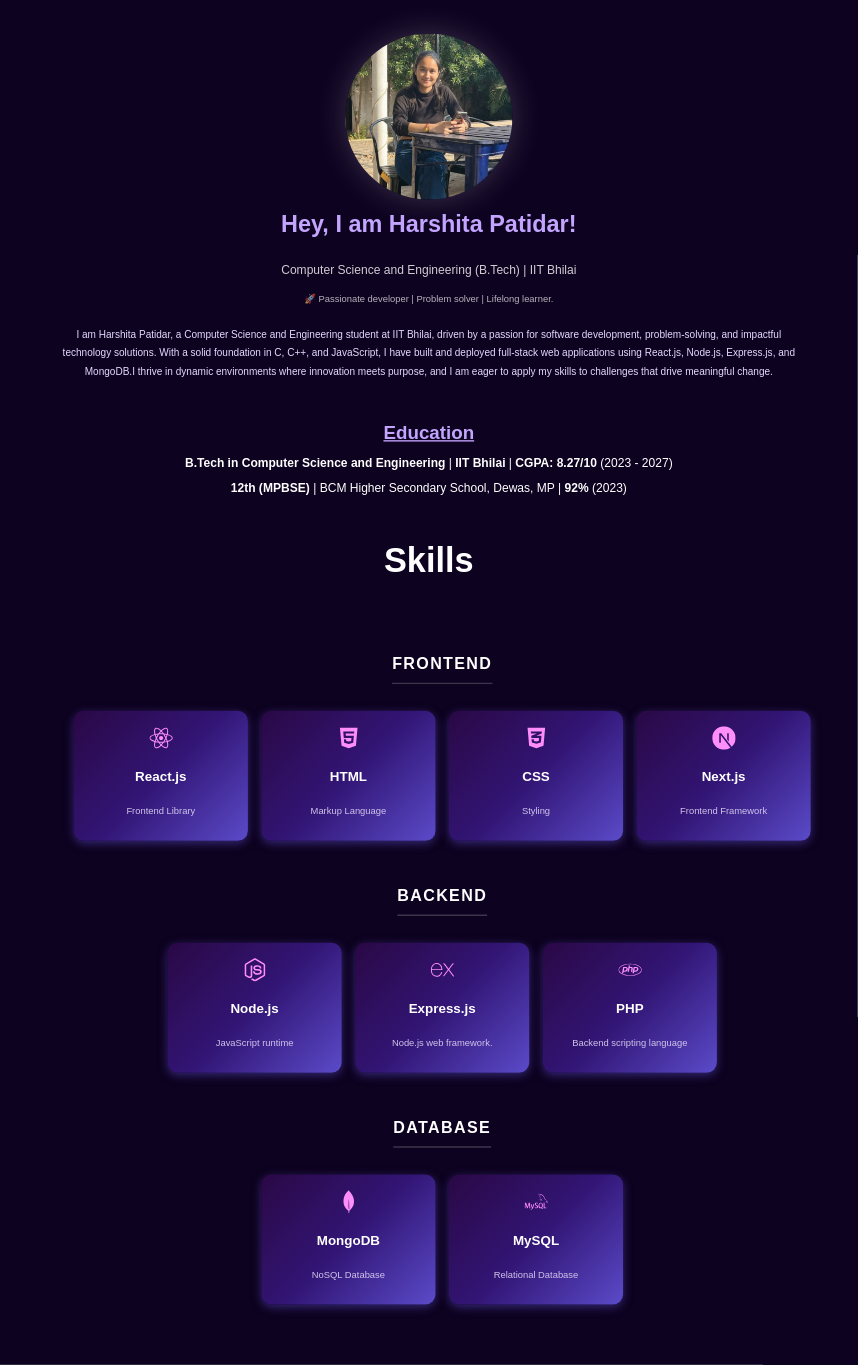
Repository: harshitap1305/Portfolio
Page: /
The author's editor kept a copy of each file at every save. The page is drawn from the files as they stood at one save, then again after a run of saves.
The browser window is 1280 px wide. The pictures show the whole page, at 67% of full size.
The project was rebuilt for these pictures with package versions that can differ from the ones it lists, and the page was loaded fresh each time. Also part of the build but not shown: vite.config.js.

Above is the page before, as saved 2025-03-27 19:21:54.

### index.html
<!doctype html>
<html lang="en">
  <head>
    <meta charset="UTF-8" />

    <meta name="viewport" content="width=device-width, initial-scale=1.0" />
    <title>Harshita's Portfolio</title>
  </head>
  <body>
    <div id="root"></div>
    <script type="module" src="/src/main.jsx"></script>
  </body>
</html>

### src/App.jsx
import Home from './Home.jsx'

function App() {


  return (
    <>
      <Home/>
    </>
  )
}

export default App

### src/Home.jsx
import React from 'react';
import harshita from './assets/harshita.png';
import './App.css';
import { FaReact, FaHtml5, FaCss3Alt,FaNodeJs, FaPhp } from "react-icons/fa";
import { SiNextdotjs, SiExpress,SiMysql,SiMongodb } from "react-icons/si";
import Cards from './Cards';
const skillsData=[
    {
        category: "Frontend",
        skills: [
          { name: "React.js", description: "Frontend Library", icon: <FaReact/> },
          { name: "HTML", description: "Markup Language", icon: <FaHtml5 /> },
          { name: "CSS", description: "Styling", icon: <FaCss3Alt /> },
          { name: "Next.js", description: "Frontend Framework", icon: <SiNextdotjs /> }
        ]
      },
      {
        category: "Backend",
        skills: [
          { name: "Node.js", description: " JavaScript runtime", icon: <FaNodeJs /> },
          { name: "Express.js", description: "Node.js web framework.", icon: <SiExpress /> },
          { name: "PHP", description: "Backend scripting language", icon: <FaPhp /> }
        ]
      },
      {
        category: "Database",
        skills: [
          { name: "MongoDB", description: "NoSQL Database", icon: <SiMongodb/> },
          { name: "MySQL", description: "Relational Database", icon: <SiMysql /> },

        ]
      }
]
const Home = () => {
  return (
    <>
      <img src={harshita} alt="Harshita Patidar" className="harshita" />
      <h2 className="name">Hey, I am Harshita Patidar!</h2>
      <p className="tagline">Computer Science and Engineering (B.Tech) | IIT Bhilai</p>
      <p className="subtext">
      🚀 Passionate developer | Problem solver | Lifelong learner.
      </p>
      <p className='intro'>I am Harshita Patidar, a Computer Science and Engineering student at IIT Bhilai, driven by a passion for software development, problem-solving, and impactful technology solutions. With a solid foundation in C, C++, and JavaScript, I have built and deployed full-stack web applications using React.js, Node.js, Express.js, and MongoDB.I thrive in dynamic environments where innovation meets purpose, and I am eager to apply my skills to challenges that drive meaningful change.</p>
      <div className="education-container">
        <h1 className="education-heading">Education</h1>
        <ul className="education-list">
          <li>
            <span className="edu-degree">B.Tech in Computer Science and Engineering</span> | <b>IIT Bhilai</b> | <b>CGPA: 8.27/10</b> (2023 - 2027)
          </li>
          <li>
            <span className="edu-degree">12th (MPBSE)</span> | BCM Higher Secondary School, Dewas, MP | <b>92%</b> (2023)
          </li>
        </ul>

      </div>
      <h1 className="skills-heading">Skills</h1>
      <div className="skills-container">
        {skillsData.map((section, index) => (
          <div key={index} className="skill-section">
            <h3 className="skill-category">{section.category}</h3>
            <div className="skill-grid">
              {section.skills.map((skill, i) => (
                <Cards key={i} icon={skill.icon} name={skill.name} description={skill.description} />
              ))}
            </div>
          </div>
        ))}
      </div>
    </>
  );
};

export default Home;

### src/App.css
/* Background */
body {
  background-color: #0d021f;
  color: white;
  font-family: 'Poppins', sans-serif;
  text-align: center;
  justify-content: center;
  display: flex;
}

/* Image Styling */
.harshita {
  width: 250px;
  border-radius: 50%;
  display: block;
  margin: 50px auto 10px;
  box-shadow: 0px 0px 50px rgba(255, 255, 255, 0.2);
}

/* Name Styling */
.name {
  font-size: 35px;
  font-weight: bold;
  margin-top: 10px;
  color: #c3a5ff; /* Light purple */
}

/* Tagline Styling */
.tagline {
  font-size: 18px;
  margin-top: 5px;
  opacity: 0.8;
}


/* Subtext */
.subtext {
  font-size: 14px;
  margin-top: 5px;
  opacity: 0.7;
}
/* Intro Box */
.intro {
  font-size: 15px;
  line-height: 1.8;
  max-width: 1100px;
  text-align: center;
  margin-top: 20px;
  color: #e5dbff;
  padding: 10px 20px;

}

/* Highlights in Text */
.intro span {
  color: #8a4bff;
  font-weight: bold;
}
/* Education Section */
.education-container {
  margin-top: 20px;
  padding: 15px;
  text-align: left;
  max-width: 100%;
  justify-content: center;
  text-align: center;
}

.education-heading {
  font-size: 28px;
  font-weight: bold;
  color: #c3a5ff;
  margin-bottom: 10px;
  text-decoration: underline;


}

.education-list {
  list-style: none;
  padding: 0;
}

.education-list li {
  font-size: 18px;
  line-height: 1.6;
  margin-bottom: 8px;
}

.edu-degree {
  font-weight: bold;
  color: white;
}
.skills-container {
  display: flex;
  flex-direction: column;
  align-items: center;
  justify-content: center;
  width: 100%;
  padding: 50px 20px;
  color: white;
  justify-content: center;

}

.skill-section {
  width: 100%;
  max-width: 1100px;
  margin-bottom: 40px;
  text-align: center;
  justify-content: center;
}

.skill-category,ski {
  font-size: 24px;
  font-weight: bold;
  color: #fff;
  text-transform: uppercase;
  letter-spacing: 2px;
  margin-bottom: 20px;
  padding-bottom: 10px;
  border-bottom: 2px solid rgba(255, 255, 255, 0.2);
  display: inline-block;
}

.skill-grid {
  display: grid;
  grid-template-columns: repeat(auto-fit, minmax(200px, 1fr));
  gap: 20px;
  justify-content: center;
  margin-top: 20px;
}
.skill-grid:has(:nth-child(2):nth-last-child(1)),
.skill-grid:has(:nth-child(2):nth-last-child(2)) {
  display: flex;
  justify-content: center;
  gap: 20px;
}

### src/Cards.jsx
import React from 'react'
import './Cards.css'
const Cards = ({name,description,icon}) => {
  return (
    <>
    <div className="skill-card">
    <div className="skill-icon">{icon}</div>
    <h4>{name}</h4>
    <p>{description}</p>
    </div>
  </>
  )
}

export default Cards

### src/Cards.css
.skill-card {
    background: linear-gradient(135deg, #2a0845, #321575, #5b4bc9);
    padding: 20px;
    width: 220px;
    border-radius: 15px;
    text-align: center;
    transition: 0.3s;
    box-shadow: 0 4px 15px rgba(91, 75, 201, 0.5);
    position: relative;
    overflow: hidden;
  }

  .skill-card:hover {
    transform: translateY(-5px);
    box-shadow: 0 6px 20px rgba(91, 75, 201, 0.8);
  }

  .skill-card h4 {
    color: #fff;
    font-size: 20px;
    margin-top: 10px;
    font-weight: bold;
  }

  .skill-card p {
    color: #d1c4e9;
    font-size: 14px;
  }

  .skill-icon {
    font-size: 35px;
    color: #ff8efb;
  }

  /* Glowing Effect */
  .skill-card::before {
    content: "";
    position: absolute;
    top: -50%;
    left: -50%;
    width: 200%;
    height: 200%;
    background: radial-gradient(circle, rgba(255, 255, 255, 0.2) 10%, transparent 50%);
    transform: rotate(30deg);
    opacity: 0;
    transition: opacity 0.4s;
  }

  .skill-card:hover::before {
    opacity: 1;
  }

Loaded but not shown: src/main.jsx (common file); src/index.css (common file)

After the next 3 saves:
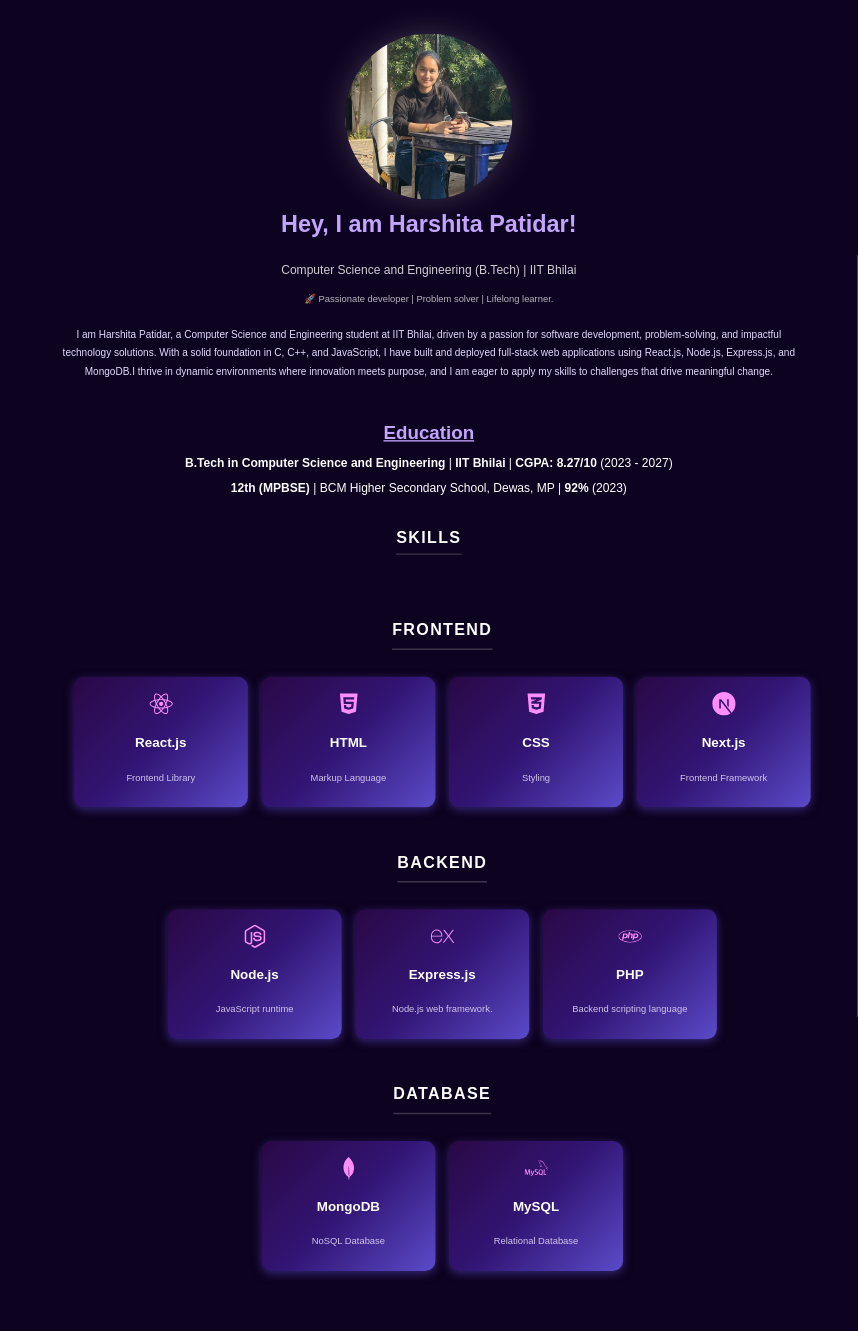
The 3 saves are shown as one change because they came seconds apart.
The last was saved 10 s later.
--- a/src/App.css
+++ b/src/App.css
@@ -111,7 +111,7 @@
   justify-content: center;
 }
 
-.skill-category,ski {
+.skill-category,.skills-heading {
   font-size: 24px;
   font-weight: bold;
   color: #fff;

After the save that followed:
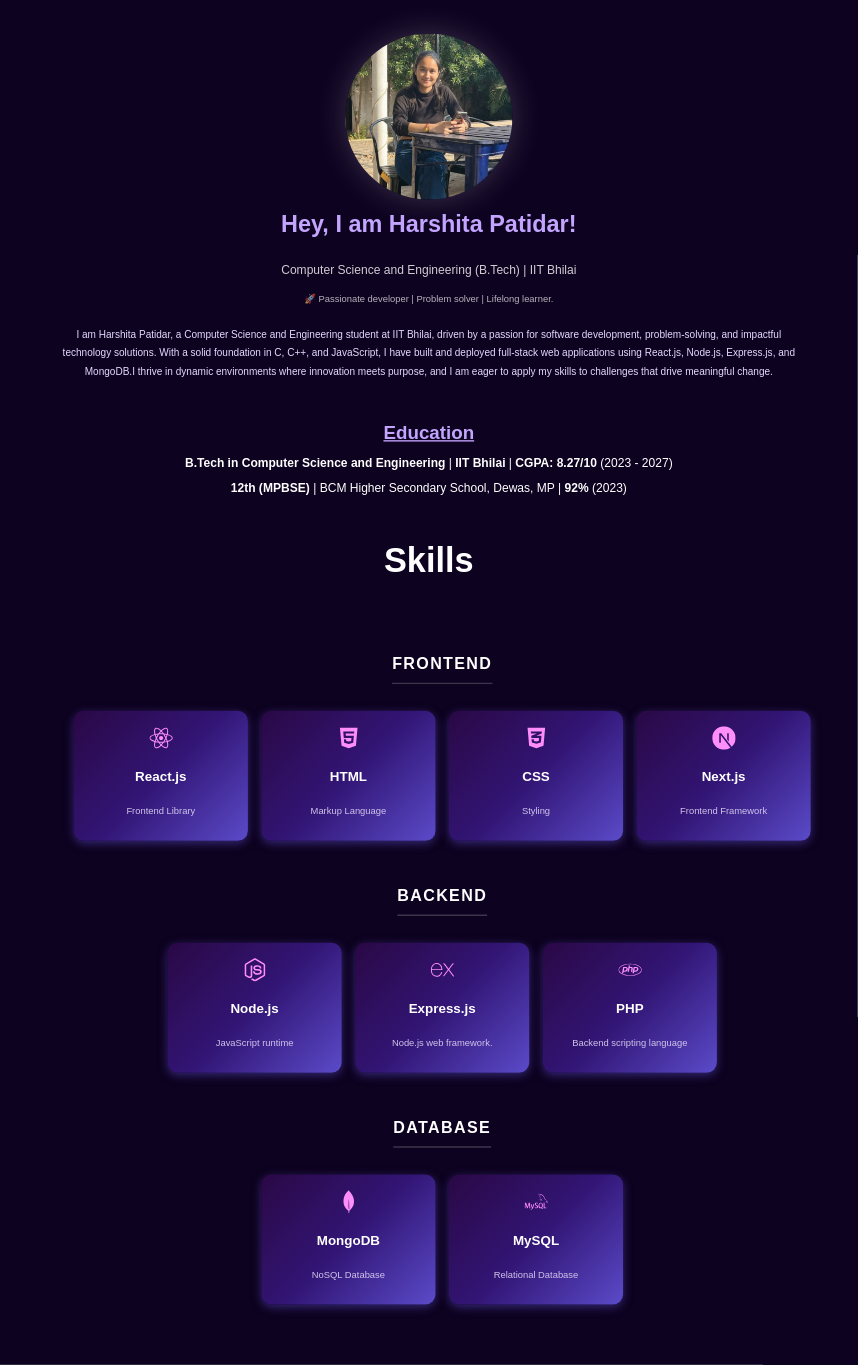
Saved 13 s later.
--- a/src/App.css
+++ b/src/App.css
@@ -111,7 +111,7 @@
   justify-content: center;
 }
 
-.skill-category,.skills-heading {
+.skill-category{
   font-size: 24px;
   font-weight: bold;
   color: #fff;
